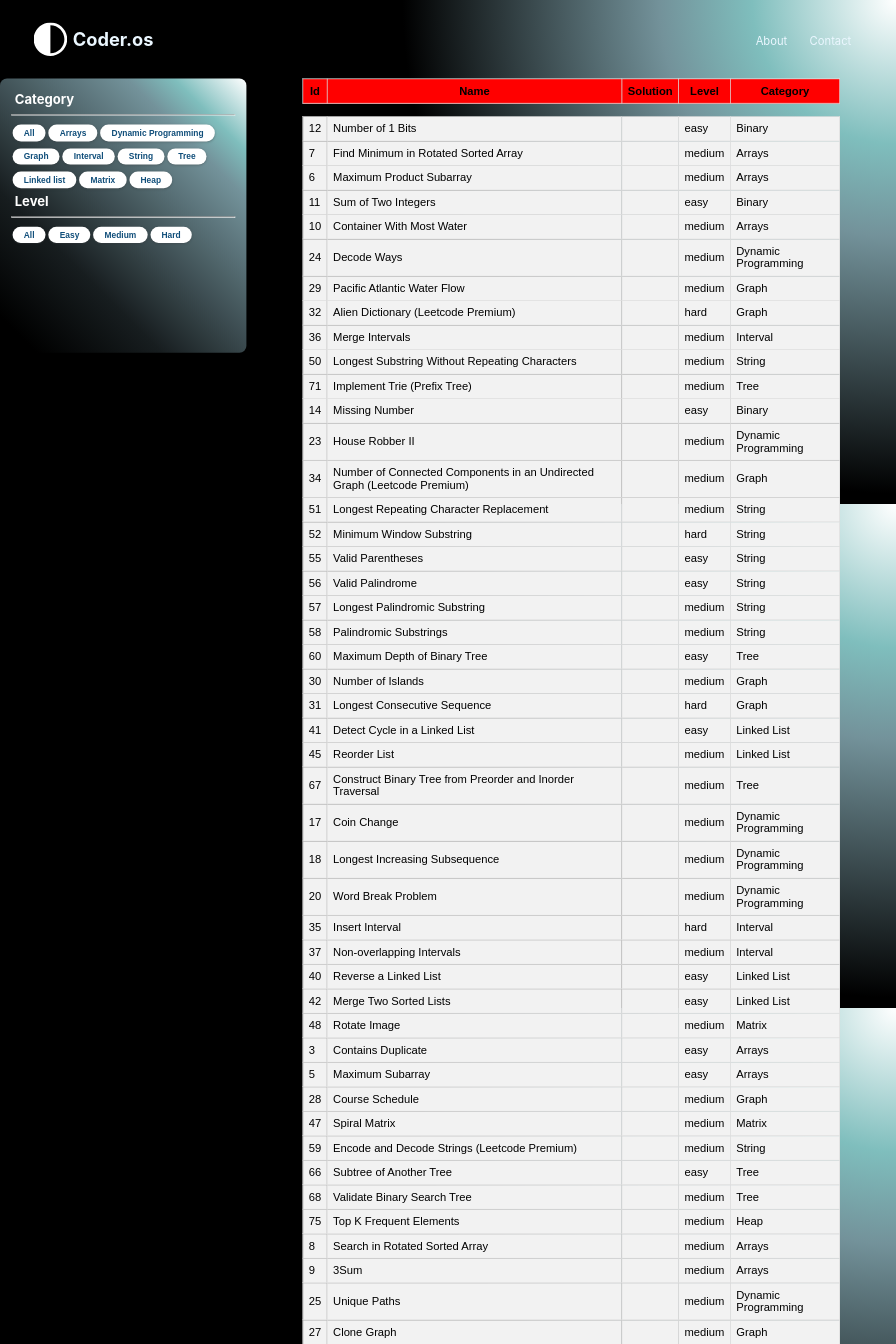
Repository: xoshiraghavx/Coder.os
Page: /mainpage (app in my-app/)
The author's editor kept a copy of each file at every save. The page is drawn from the files as they stood at one save, then again after the next save.
The browser window is 1280 px wide. The pictures show the part of the page from y = 0 to 1920 px (the page is 3026 px tall), at 70% of full size.
Backgrounds fixed to the window are drawn as part of the page. The project was rebuilt for these pictures with package versions that can differ from the ones it lists, and the page was loaded fresh each time. Also part of the build but not shown: my-app/src/components/Home/Home.css, my-app/src/components/Home/Home.jsx.

Above is the page before, as saved 2022-12-17 14:19:26.

### my-app/public/index.html
<!DOCTYPE html>
<html lang="en">
  <head>
    <meta charset="utf-8" />
    <link rel="icon" href="%PUBLIC_URL%/assests/logo.png" />
    <meta name="viewport" content="width=device-width, initial-scale=1" />
    <meta name="theme-color" content="#000000" />
    <meta
      name="description"
      content="Web site created using create-react-app"
    />
    <link rel="apple-touch-icon" href="%PUBLIC_URL%/logo192.png" />
    <!--
      manifest.json provides metadata used when your web app is installed on a
      user's mobile device or desktop. See https://developers.google.com/web/fundamentals/web-app-manifest/
    -->
    <link rel="manifest" href="%PUBLIC_URL%/manifest.json" />
    <!--
      Notice the use of %PUBLIC_URL% in the tags above.
      It will be replaced with the URL of the `public` folder during the build.
      Only files inside the `public` folder can be referenced from the HTML.

      Unlike "/favicon.ico" or "favicon.ico", "%PUBLIC_URL%/favicon.ico" will
      work correctly both with client-side routing and a non-root public URL.
      Learn how to configure a non-root public URL by running `npm run build`.
    -->
    <title>Coder.os</title>
  </head>
  <body>
    <noscript>You need to enable JavaScript to run this app.</noscript>
    <div id="root"></div>
    <!--
      This HTML file is a template.
      If you open it directly in the browser, you will see an empty page.

      You can add webfonts, meta tags, or analytics to this file.
      The build step will place the bundled scripts into the <body> tag.

      To begin the development, run `npm start` or `yarn start`.
      To create a production bundle, use `npm run build` or `yarn build`.
    -->
  </body>
</html>

### my-app/src/index.js
import React from 'react';
import ReactDOM from 'react-dom/client';
import './index.css';
import App from './App';
import {BrowserRouter as Router} from "react-router-dom";


const root = ReactDOM.createRoot(document.getElementById('root'));
root.render(
  <Router>
  <App />
  </Router>

);

// If you want to start measuring performance in your app, pass a function
// to log results (for example: reportWebVitals(console.log))
// or send to an analytics endpoint. Learn more: https://bit.ly/CRA-vitals

### my-app/src/index.css
body {
  height: 100%;
  padding: 0;
  margin: 0;
  font-family: -apple-system, BlinkMacSystemFont, 'Segoe UI', 'Roboto', 'Oxygen',
    'Ubuntu', 'Cantarell', 'Fira Sans', 'Droid Sans', 'Helvetica Neue',
    sans-serif;
  -webkit-font-smoothing: antialiased;
  -moz-osx-font-smoothing: grayscale;
background: rgb(255,255,255);
background: radial-gradient(circle at top right, rgba(255,255,255,1) 0%, rgba(127,190,189,1) 14%, rgba(115,146,154,1) 23%, rgba(0,0,0,1) 48%);
background-repeat: no-repeat;
height: 100%;
background-attachment: fixed;
/* color: #fff; */
}

code {
  font-family: source-code-pro, Menlo, Monaco, Consolas, 'Courier New',
    monospace;
}

/*
===============
Variables
===============
*/

:root {
  /* dark shades of primary color*/
  --clr-primary-1: hsl(205, 86%, 17%);
  --clr-primary-2: hsl(205, 77%, 27%);
  --clr-primary-3: hsl(205, 72%, 37%);
  --clr-primary-4: hsl(205, 63%, 48%);
  /* primary/main color */
  --clr-primary-5: hsl(205, 78%, 60%);
  /* lighter shades of primary color */
  --clr-primary-6: hsl(205, 89%, 70%);
  --clr-primary-7: hsl(205, 90%, 76%);
  --clr-primary-8: hsl(205, 86%, 81%);
  --clr-primary-9: hsl(205, 90%, 88%);
  --clr-primary-10: hsl(205, 100%, 96%);
  /* darkest grey - used for headings */
  --clr-grey-1: hsl(209, 61%, 16%);
  --clr-grey-2: hsl(211, 39%, 23%);
  --clr-grey-3: hsl(209, 34%, 30%);
  --clr-grey-4: hsl(209, 28%, 39%);
  /* grey used for paragraphs */
  --clr-grey-5: hsl(210, 22%, 49%);
  --clr-grey-6: hsl(209, 23%, 60%);
  --clr-grey-7: hsl(211, 27%, 70%);
  --clr-grey-8: hsl(210, 31%, 80%);
  --clr-grey-9: hsl(212, 33%, 89%);
  --clr-grey-10: hsl(210, 36%, 96%);
  --clr-white: #fff;
  --clr-red-dark: hsl(360, 67%, 44%);
  --clr-red-light: hsl(360, 71%, 66%);
  --clr-green-dark: hsl(125, 67%, 44%);
  --clr-green-light: hsl(125, 71%, 66%);
  --clr-black: #222;
  --ff-primary: "Roboto", sans-serif;
  --ff-secondary: "Open Sans", sans-serif;
  --transition: all 0.3s linear;
  --spacing: 0.1rem;
  --radius: 0.25rem;
  --light-shadow: 0 5px 15px rgba(0, 0, 0, 0.1);
  --dark-shadow: 0 5px 15px rgba(0, 0, 0, 0.2);
  --max-width: 1170px;
  --fixed-width: 620px;
}
h1{
  color: var(--clr-primary-10);
}

### my-app/src/App.jsx
import React from "react";
import Home from "./components/Home/Home";
import MainPage from "./components/MainPage/MainPage";
import {Routes, Route} from "react-router-dom";

function App() {
  return (

     <Routes>
        <Route path="/" element={<Home />} />
          <Route path="/mainpage" element={<MainPage />} />
      </Routes>
  );
}

export default App;

### my-app/src/components/MainPage/MainPage.jsx
import "./MainPage.css";
import FilterSection from "./FilterSection";
import QuestionBank from "./QuestionBank";
import NavBar from "../NavBar/Navbar";

function MainPage() {
  return (
    <div>
      <NavBar />
      <div className="main-section">
        <FilterSection />
        <QuestionBank />
      </div>
    </div>
  );
}

export default MainPage;

### my-app/src/components/NavBar/Navbar.jsx
import "./NavBar.css";

function NavBar() {
  return (
    <div className="navbar">
      <div className="navbar-wrapper">
        <div className="navbar-logo">
          <img src="assests/code-simple.svg" alt="" />
          <div className="nav-bar-logo__name">Coder.os</div>
        </div>
        <div className="navbar-list">
          <ul>
            <li>
              <a>About</a>
            </li>
            <li>
              <a>Contact</a>
            </li>
          </ul>
        </div>
      </div>
    </div>
  );
}

export default NavBar;

### my-app/src/components/MainPage/MainPage.css

.main-section {
  display: flex;
  flex-direction: row;
}
@media only screen and (max-width: 1100px){
  .main-section{
      display: flex;
     flex-direction: column;
  }
}

### my-app/src/components/MainPage/FilterSection.jsx
import React from "react";
import "./FilterSection.css";

function FilterSection() {
  const Button = [
    {
      Name: "All",
    },
    {
      Name: "Arrays",
    },
    {
      Name: "Dynamic Programming",
    },
    {
      Name: "Graph",
    },
    {
      Name: "Interval",
    },
    {
      Name: "String",
    },
    {
      Name: "Tree",
    },
    {
      Name: "Linked list",
    },
    {
      Name: "Matrix",
    },
    {
      Name: "Heap",
    },
  ];
  const Level = [
    {
      Name: 'All',
    },
    {
      Name: 'Easy',
    },
    {
      Name: 'Medium',
    },
    {
      Name: 'Hard',
    }
  ]
  return (
    <div>
      <div className="filter-section">
        <div className="category">
          <div className="category-heading">
            <h3 className="title">Category</h3>
            <hr />
          </div>
          <div className="category-buttons">
          {Button.map((button) => (
            <button className="buttons">{button.Name}</button>
          ))}
          </div>
        </div>

        <div className="level">
          <div className="level-heading">
            <h3 className="title">Level</h3>
            <hr />
          </div>
        </div>
        <div className="level-buttons">
          {
            Level.map((level)=>(
              <button className="buttons">{level.Name}</button>
            ))
          }

        </div>
      </div>
    </div>
  );
}

export default FilterSection;

### my-app/src/components/MainPage/QuestionBank.jsx
import React from "react";
import "./QuestionBank.css";
import Questions from "../../assests/updated.json";


function QuestionBank() {
  const img =() =>{
    return
  }
  return (
    <div>
      <div className="ques-section">
        <table id="customer">
          <tr>
            <th>Id</th>
            <th>Name</th>
            <th>Solution</th>
            <th>Level</th>
            <th>Category</th>
          </tr>
          <br />
          {Questions.map((question) => (
            <>
              <tr>
                <td>{question.Id}</td>
                <td className="name">{question.Name}</td>
                <td>{img}</td>
                <td>{question.Level}</td>
                <td>{question.Category}</td>
              </tr>
            </>
          ))}
        </table>
      </div>
    </div>
  );
}

export default QuestionBank;

### my-app/src/components/NavBar/NavBar.css
.navbar-wrapper{
    height: auto;
    display: flex;
    flex-direction: row;
    padding: 2rem 3rem;
}
.navbar-logo img{
    height: 3rem;
}
.navbar-logo{
    display: flex;
    flex-direction: row;
    color: var(--clr-primary-10);
}
.nav-bar-logo__name{
    margin: 0.5rem;
    font-weight: bold;
    font-size: 26px;
}
.navbar-list ul{
    list-style-type: none;
    display: flex;
    flex-direction: row;
    margin: 0;
    padding: 0rem 3rem;
}
.navbar-list li a{
    padding: 0.5rem ;
    margin: 0.5rem;
    color: var(--clr-primary-10);
}
.navbar-list{
    position: absolute;
    right: 0;
    margin-top: 1rem;
}
.navbar-list li :hover{
    color: var(--clr-primary-1);
    cursor: pointer;
    font-size: large;
}
@media only screen and (max-width: 600px){
    .navbar-list ul{
        padding: 0rem;
    }
    .navbar-logo img{
        height: 2.5rem;
    }
   .nav-bar-logo__name{
        font-size: 20px;
    }
}

### my-app/src/components/MainPage/FilterSection.css
.filter-section {
  background: rgb(255, 255, 255);
  background: linear-gradient(
    225deg,
    rgba(255, 255, 255, 1) 0%,
    rgba(173, 213, 213, 1) 9%,
    rgba(136, 195, 194, 1) 13%,
    rgba(127, 190, 189, 1) 14%,
    rgba(115, 146, 154, 1) 23%,
    rgba(23, 29, 31, 1) 69%,
    rgba(0, 0, 0, 1) 93%
  );
  width: 20rem;
  height: 50vh;
  border-radius: 10px;
  border-color: white;
  padding: 1rem;
}
.buttons {
  background-color: white;
  padding: 0.3rem 1rem;
  border-radius: 100px;
  font-size: 12px;
  color: var(--clr-primary-2);
  font-weight: bold;
  margin: 5px 2px;
  box-shadow: rgba(60, 64, 67, 0.3) 0px 1px 2px 0px,
    rgba(60, 64, 67, 0.15) 0px 1px 3px 1px;
  border: none;
}
h3 {
  color: #ffffff;
}
.title {
  margin: auto;
  padding: 2px 5px;
}
.buttons:hover {
  cursor: pointer;
}
@media only screen and (max-width: 1100px){
  .filter-section{
    width: 80%;
    height: 20vh;
  }
}

### my-app/src/components/MainPage/QuestionBank.css
.ques-section{
    position: absolute;
    right: 0;
    margin-right: 5rem;
    width: 60%;
}
th, td {
    padding: 0.5rem;
    border: 1px solid #ddd;
    padding: 8px;
}
th{
    background: red;
}
.name:hover{
    cursor: pointer;
    text-decoration: underline;
}
table{
    width: 100%;
    font-family: Arial, Helvetica, sans-serif;
    border-collapse: collapse;
}
 table tr:nth-child(even){background-color: #f2f2f2;}
 table tr:nth-child(odd){background-color: #f2f2f2;}

table tr:hover {background-color: #ddd;}

.ques-bar{
   display: flex;
  flex-direction: row;
  font-weight: bold;
  justify-content: space-between;
  background: #ffffff;
  padding: 1rem;
  border-radius: 20px;
}
.ques-bank{
    margin-top: 1rem;
    background: #ffffff;
    padding: 1rem;
    font-weight: bold;
    border-radius: 20px;
}
.ques{
    display: flex;
    flex-direction: row;
    justify-content: space-between;
}
@media only screen and (max-width: 1100px){
    .ques-section{
        position: absolute;
        left: 0;
        top: 23rem;
        width: 80%;
        margin-left: 2rem;
    }
}

Loaded but not shown: my-app/src/assests/updated.json (677 lines, source omitted)

After the next save:
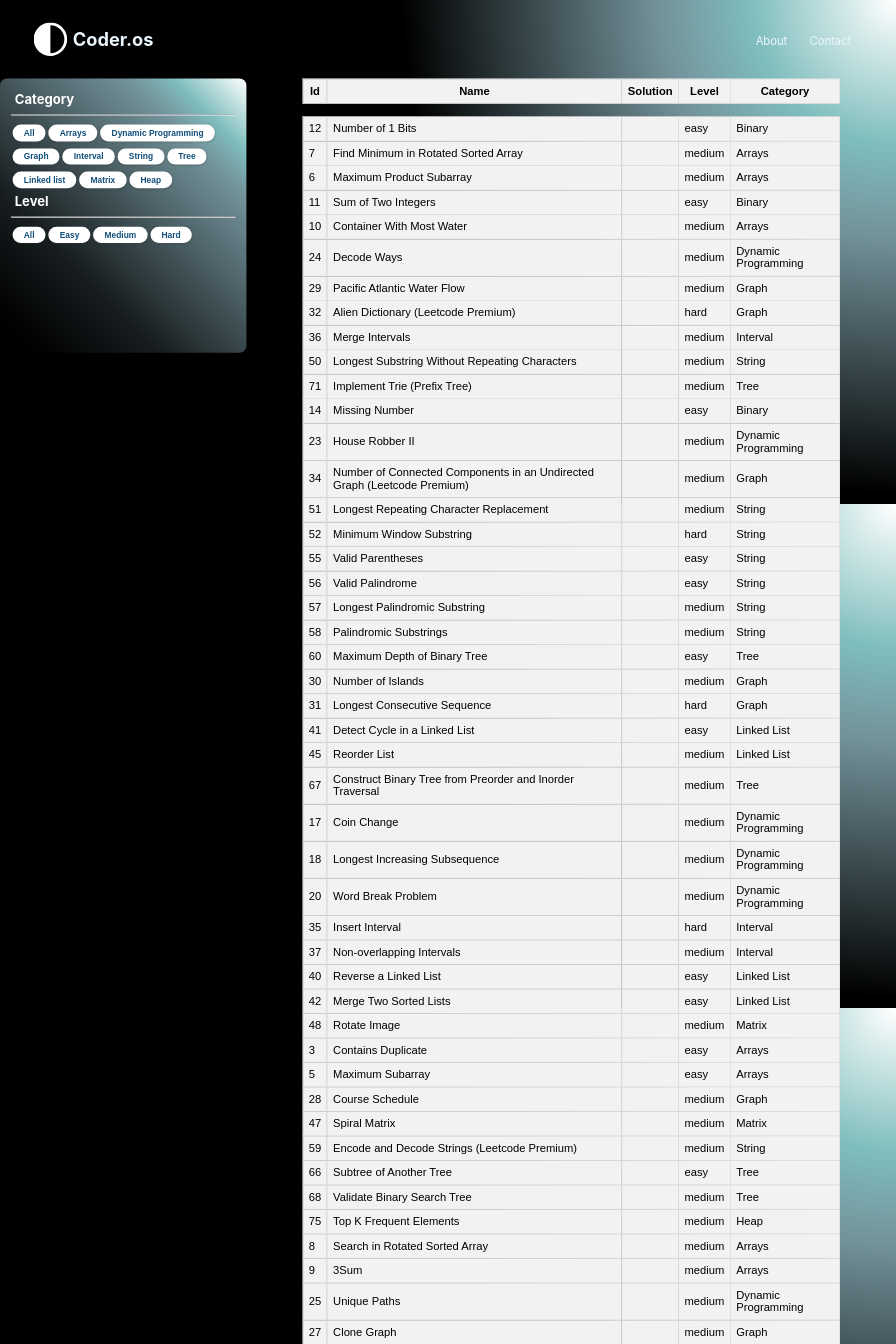
Saved 7 s later.
--- a/my-app/src/components/MainPage/QuestionBank.css
+++ b/my-app/src/components/MainPage/QuestionBank.css
@@ -8,9 +8,6 @@ th, td {
     padding: 0.5rem;
     border: 1px solid #ddd;
     padding: 8px;
-}
-th{
-    background: red;
 }
 .name:hover{
     cursor: pointer;
